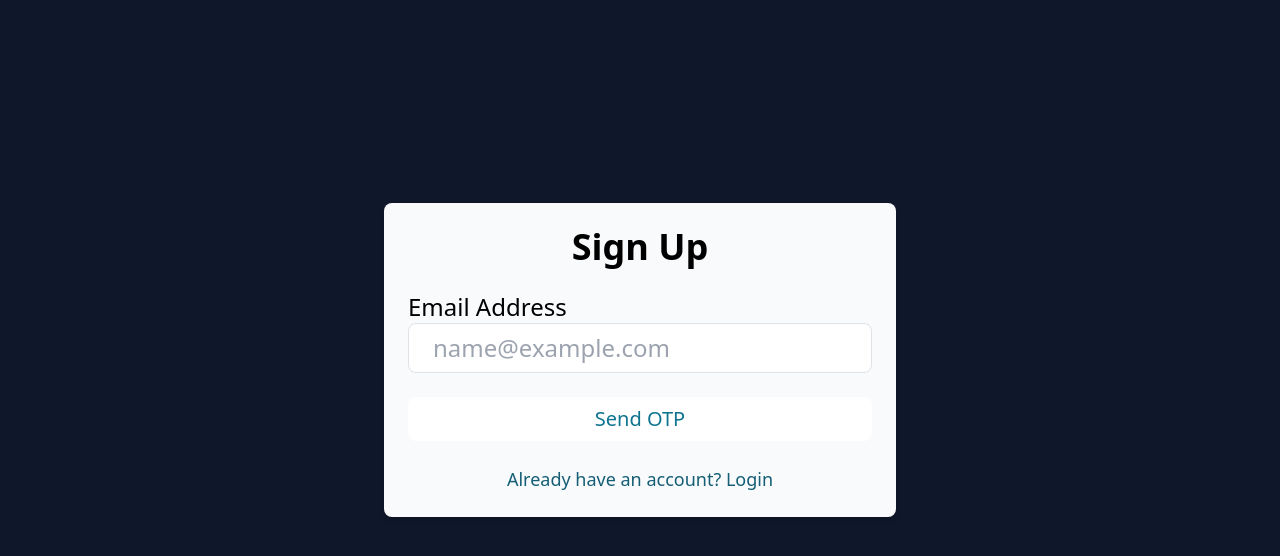
Repository: sayyad-mukthumsa-123/Movie-Verse
Page: /register (app in frontend/)
An editor plug-in stored every save of this project. The page is shown before and after the next save, followed by the edit.
The browser window is 1280 px wide. The pictures show the whole page.
The page's requests for data from a server got no answer. The project was rebuilt for these pictures with package versions that can differ from the ones it lists, and the page was loaded fresh each time. No one was signed in, and anything a server would have sent is missing. Also part of the build but not shown: frontend/src/pages/Welcome.jsx, frontend/src/components/Logout.jsx, frontend/src/components/Navbar.jsx, frontend/src/components/Cards.jsx, frontend/src/pages/Home.jsx, frontend/src/pages/SignIn.jsx, frontend/src/components/AvatarSelection.jsx, frontend/src/pages/MovieRecommendations.jsx and 17 more.

Above is the page before, as saved 2025-02-18 22:47:32.

After the next save:
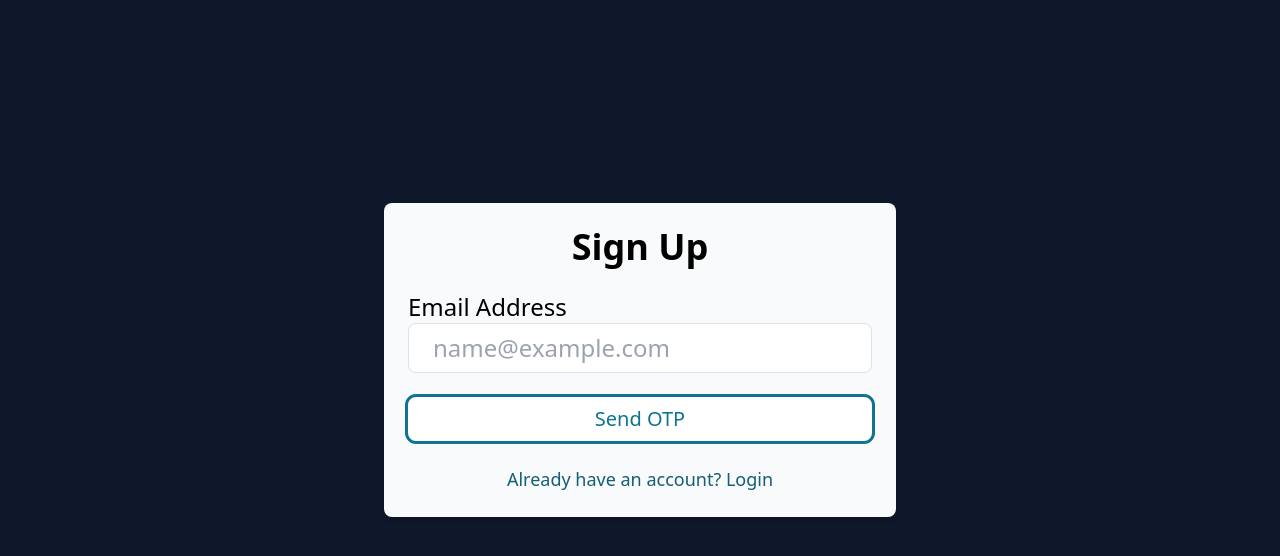
Saved 18 s later.
--- a/frontend/src/pages/SignUp.jsx
+++ b/frontend/src/pages/SignUp.jsx
@@ -156,7 +156,7 @@
           <>
             <button
               onClick={sendOtp}
-              className="bg-white hover:bg-cyan-700 text-cyan-700 text-xl py-2 px-4 rounded-lg w-full"
+              className="bg-white hover:bg-cyan-700 text-cyan-700 outline text-xl py-2 px-4 rounded-lg w-full"
             >
               Send OTP
             </button>
